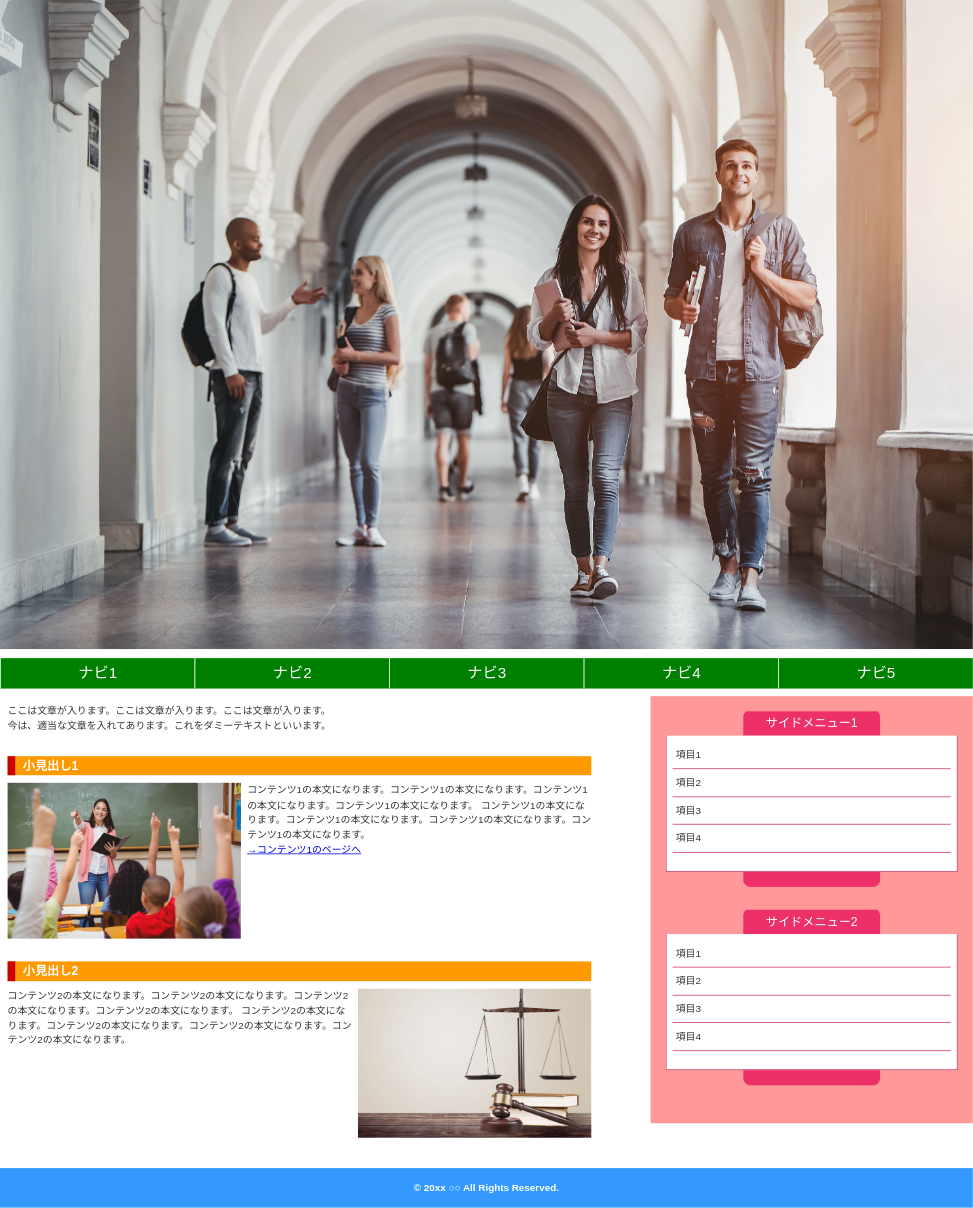
Repository: AKANE02/samurai_HTML-CSS
Page: index.html
The author's editor kept a record of every edit. The page is drawn from the files as they stood at one moment, then again after the next edit.
The browser window is 1280 px wide. The pictures show the whole page, at 76% of full size.

Above is the page before.

### index.html
<!DOCTYPE html>
<html lang="ja">
    <head>
        <meta charset="UTF-8">
        <title>HTML/CSSの学習</title>
        <link rel="stylesheet" href="stylesheet.css">
    </head>
    <body>
        <div id="header">
             <h1><a href="index.html"><img id="corridor" src="images/corridor.jpg" alt="大学の廊下" /></a></h1>
         </div>
        <div id="wrapper">
            <div id="nav">
                 <ul>
                     <li><a href="home.html">ナビ1</a></li>
                     <li><a href="#">ナビ2</a></li>
                     <li><a href="#">ナビ3</a></li>
                     <li><a href="#">ナビ4</a></li>
                     <li><a href="#">ナビ5</a></li>
                 </ul>
             </div>
        </div>
         <div id="container">
                 <div id="main">
                     <div class="post">
                         <p>ここは文章が入ります。ここは文章が入ります。ここは文章が入ります。<br />今は、適当な文章を入れてあります。これをダミーテキストといいます。</p>
                     </div>
                     <div class="post clearfix">
                         <h2>小見出し1</h2>
                         <img class="left" src="images/classroom.jpg" alt="授業風景" />
                         <p>
                             コンテンツ1の本文になります。コンテンツ1の本文になります。コンテンツ1の本文になります。コンテンツ1の本文になります。
                             コンテンツ1の本文になります。コンテンツ1の本文になります。コンテンツ1の本文になります。コンテンツ1の本文になります。
                         </p>
                         <p><a href="#">→コンテンツ1のページへ</a></p>
                     </div>
                     <div class="post clearfix">
                         <h2>小見出し2</h2>
                         <img class="right" src="images/scale.jpg" alt="天秤" />
                         <p>
                             コンテンツ2の本文になります。コンテンツ2の本文になります。コンテンツ2の本文になります。コンテンツ2の本文になります。
                             コンテンツ2の本文になります。コンテンツ2の本文になります。コンテンツ2の本文になります。コンテンツ2の本文になります。
                         </p>
                     </div>
                 </div>
                   <div id="side">
                     <div class="box">
                         <h2>サイドメニュー1</h2>
                         <div class="boxBody">
                             <ul>
                                 <li>項目1</li>
                                 <li>項目2</li>
                                 <li>項目3</li>
                                 <li>項目4</li>
                             </ul>
                         </div>
                     </div>
                     <div class="box">
                         <h2>サイドメニュー2</h2>
                         <div class="boxBody">
                             <ul>
                                 <li>項目1</li>
                                 <li>項目2</li>
                                 <li>項目3</li>
                                 <li>項目4</li>
                             </ul>
                         </div>
                     </div>
                 </div>
             </div>
    　  <div id="footer">
             <p>&copy; 20xx ○○ All Rights Reserved.</p>
        </div>
    </body>
</html>

### stylesheet.css
@charset "utf-8";

body {
	margin: 0;
	padding: 0;
	font-family: "ヒラギノ角ゴ Pro W3", "Hiragino Kaku Gothic Pro", "メイリオ", Meiryo, Osaka, "ＭＳ Ｐゴシック", "MS PGothic", sans-serif;
	color: #333;
	font-size: 13px;
	line-height: 150%;
}

/* -------------------- wrapper -------------------- */
#wrapper {
	width: 100%;
	margin: auto;
	padding: 0px;
	border: 0px;
	background-color: #FFF;
    top: 10px;
    position: relative;
}

/* -------------------- header -------------------- */
  #header {
  	width: 100%;
  }
  #header h1 {
  	 margin: 0;
 	 padding: 0;
  }

  #corridor {
 	 width: 100%;
 	 height: auto;
  }

  /* -------------------- footer -------------------- */
  #footer {
  	 clear: both;
  	 width: 100%;
  	 padding: 3px 0 3px 0;
  	 background: #39F;
  	 color: #FFF;
  	 font-weight: bold;
  	 text-align: center;
  }

   /* -------------------- nav -------------------- */
  #nav {
 	 width: 100%;
  }
  #nav ul {
     display: flex;
 	 margin: 0;
 	 padding: 0;
 	 list-style-type: none;
  }
  #nav ul li {
 	 width: 20%;
 	 text-align: center;
  }
  #nav ul li a {
 	 display: block;
 	 height: 20px;
 	 margin: 0;
 	 padding: 10px;
 	 color: #FFF;
 	 font-size: 20px;
 	 text-decoration: none;
 	 background-color: green;
     border-left: 1px solid white;
  }

  #nav ul li a:hover {
 	 filter: drop-shadow(10px 10px 10px black);
  }

  /* -------------------- container -------------------- */
  #container {
 	 width: 100%;
 	 margin: auto ;
 	 padding-top: 20px;
 	 clear: both;
  }
  /* -------------------- main -------------------- */
  #main {
 	 float: left;
 	 width: 60%;
 	 padding: 10px 30px 10px 10px;
  }
  #main h2 {
 	 margin: 0 0 10px 0;
 	 padding: 3px 10px 3px 10px;
 	 color: #FFF;
 	 font-size: 16px;
 	 border-left: solid 10px #C00;
 	 background-color: #F90;
  }
  #main p {
 	 margin: 0;
 	 padding: 0;
  }
  #main .post {
 	 margin: 0 0 30px 0;
  }

  #main .post img.right {
 	 margin: 0 0 0 8px;
  }
  #main .post img.left {
 	 margin: 0 8px 0 0;
  }

  .right {
 	 float: right;
 	 width: 40%;
 	 height: auto;
  }
  .left {
 	 float: left;
 	 width: 40%;
 	 height: auto;
  }

  /* -------------------- clearfix -------------------- */
  .clearfix {
 	 zoom: 1;
  }
  .clearfix:after{
 	 content: "";
 	 display: block;
 	 clear: both;
  }

  /* -------------------- side -------------------- */
  #side {
  	 float: right;
  	 width: 30%;
  	 padding: 20px;
  	 background-color: #F99;
  }
  #side .box {
  	 margin: 0 auto 30px auto;
  	 padding: 0 0 20px 0;
  	 background: url(images/side_box.png) bottom no-repeat;
  }
  #side .box h2 {
  	 margin: 0;
  	 padding: 8px;
  	 text-align: center;
  	 color: #fff;
  	 font-size: 16px;
  	 line-height: 16px;
  	 font-weight: normal;
  	 background: url(images/side_box_h2.png) center no-repeat;
  }
  #side .box .boxBody {
  	 padding: 8px;
  	 border-right: solid 1px #C36;
  	 border-bottom: solid 1px #C36;
  	 border-left: solid 1px #C36;
  	 background: #fff;
  }
  #side .box .boxBody ul {
  	 margin: 0 0 16px 0;
  	 padding: 0;
  }
  #side .box .boxBody ul li {
  	 padding: 8px 0 8px 4px;
  	 list-style: none;
  	 border-bottom: solid 1px #C36;
  }

  #side .box .boxBody ul li:hover {
 	 padding: 8px 0 8px 4px;
 	 list-style: none;
 	 border-bottom: solid 1px #C36;
 	 box-shadow: 0px 4px 4px rgba(0, 0, 0, 0.3);
  }

After the next edit:
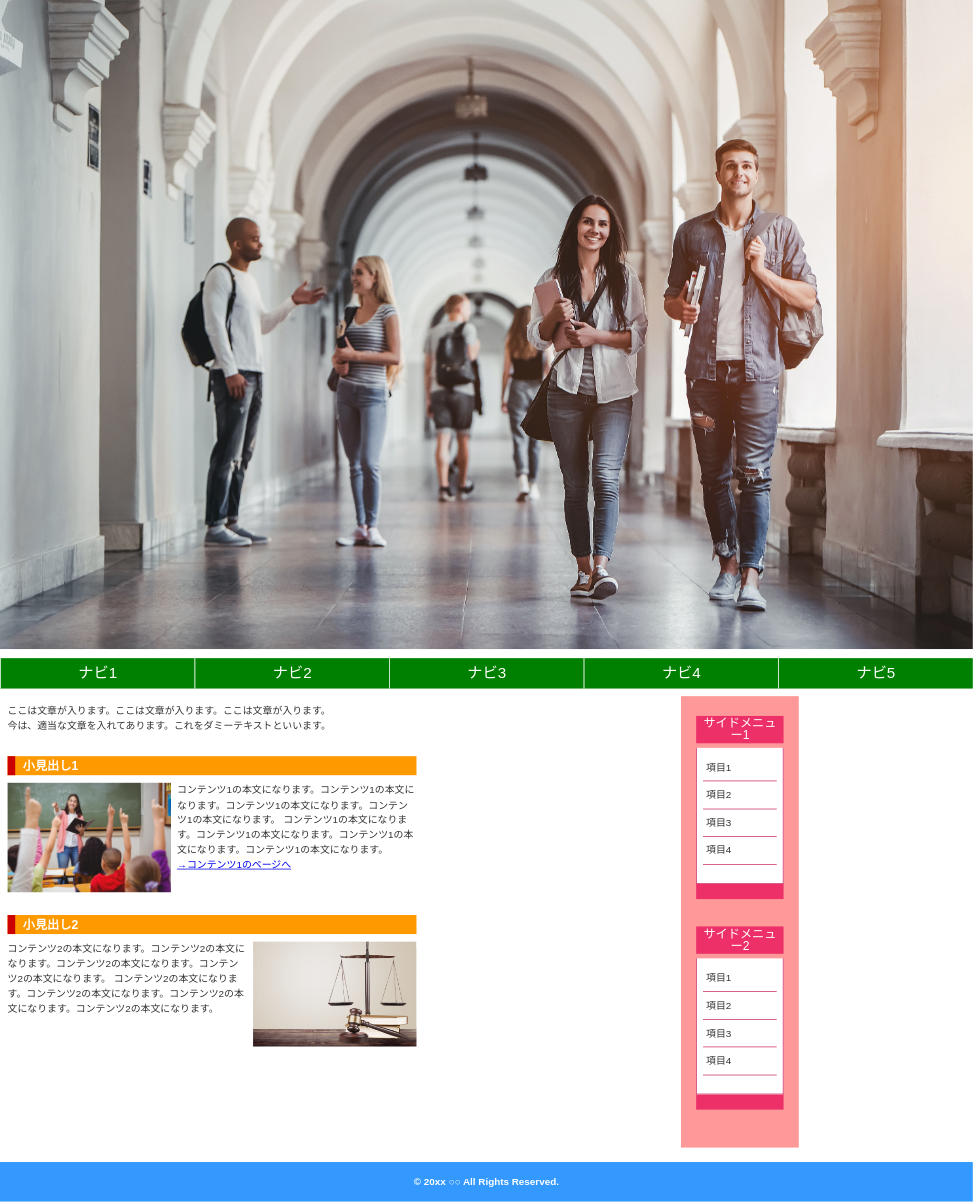
The edit:
--- a/stylesheet.css
+++ b/stylesheet.css
@@ -81,7 +81,9 @@
  	 margin: auto ;
  	 padding-top: 20px;
  	 clear: both;
-  }
+display: grid;
+     grid-template-columns: 70vw 30vw;
+}
   /* -------------------- main -------------------- */
   #main {
  	 float: left;
